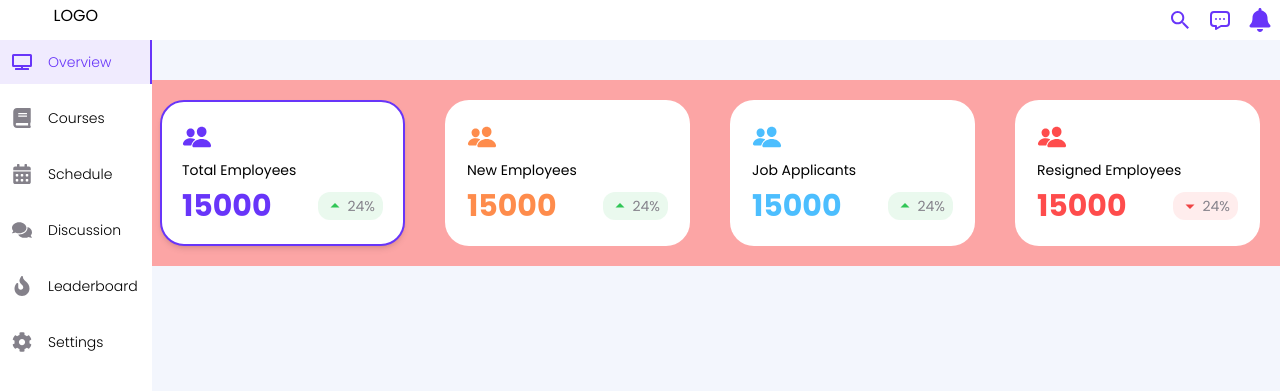
Repository: SpicierEwe/creativeio_hr_dashboard
Page: /
The author's editor kept a copy of each file at every save. The page is drawn from the files as they stood at one save, then again after a run of saves.
The browser window is 1280 px wide. The pictures show the whole page.
The project was rebuilt for these pictures with package versions that can differ from the ones it lists, and the page was loaded fresh each time. Also part of the build but not shown: src/components/dashboard/sections/sections_2/section_2.jsx. Imported but missing from the stored project, and not drawn on this page: src/components/dashboard/sections/sections_2/charts/pie_chart.

Above is the page before, as saved 2024-06-28 23:29:40.

After the next 2 saves:
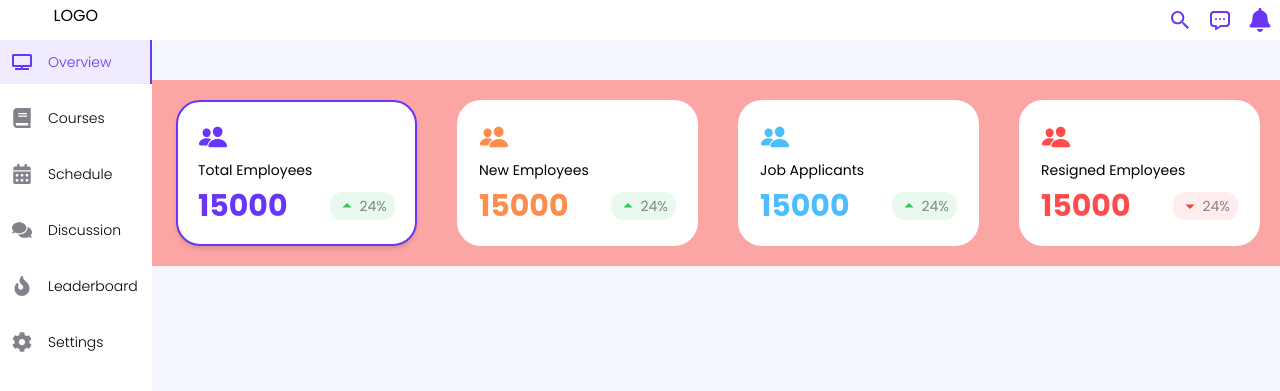
The 2 saves are shown as one change because they came seconds apart.
The last was saved 9 s later.
--- a/src/components/dashboard/sections/section_1/section_1.jsx
+++ b/src/components/dashboard/sections/section_1/section_1.jsx
@@ -65,7 +65,7 @@ function Section1() {
   const [selectedIndex, setSelectedIndex] = useState(0);
 
   return (
-    <div className="hide-scrollbar flex gap-5 lg:gap-10 overflow-x-auto hide-scroll w-full p-5    xl:grid grid-cols-4  pl-[5rem] lg:pl-[10rem] bg-red-300">
+    <div className="hide-scrollbar flex gap-5 lg:gap-10 overflow-x-auto hide-scroll w-full p-5    xl:grid grid-cols-4  pl-[5rem] lg:pl-[11rem] bg-red-300">
       {data.map((item, index) => {
         return (
           <div
